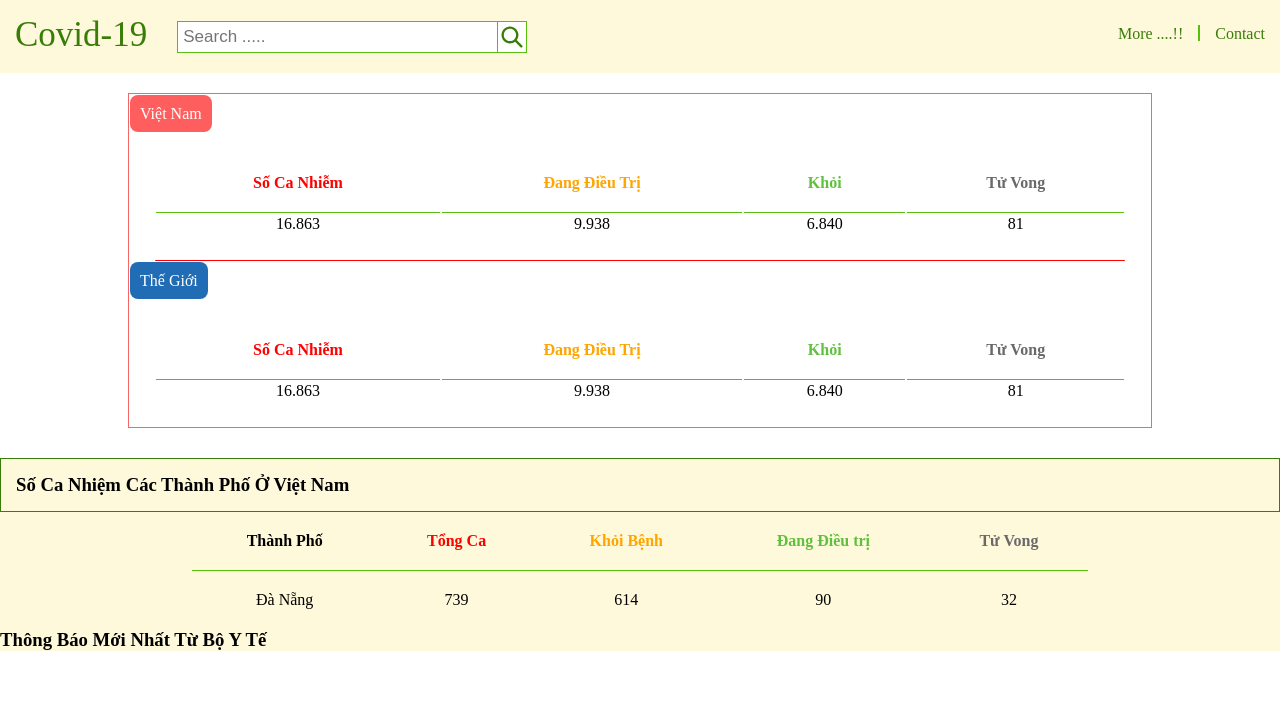
Repository: thuongton98/Covid
Page: html-css-js/index.html
An editor plug-in stored every save of this project. The page is shown before and after the next save, followed by the edit.
The browser window is 1280 px wide. The pictures show the whole page.

Above is the page before, as saved 2021-07-01 10:18:34.

After the next save:
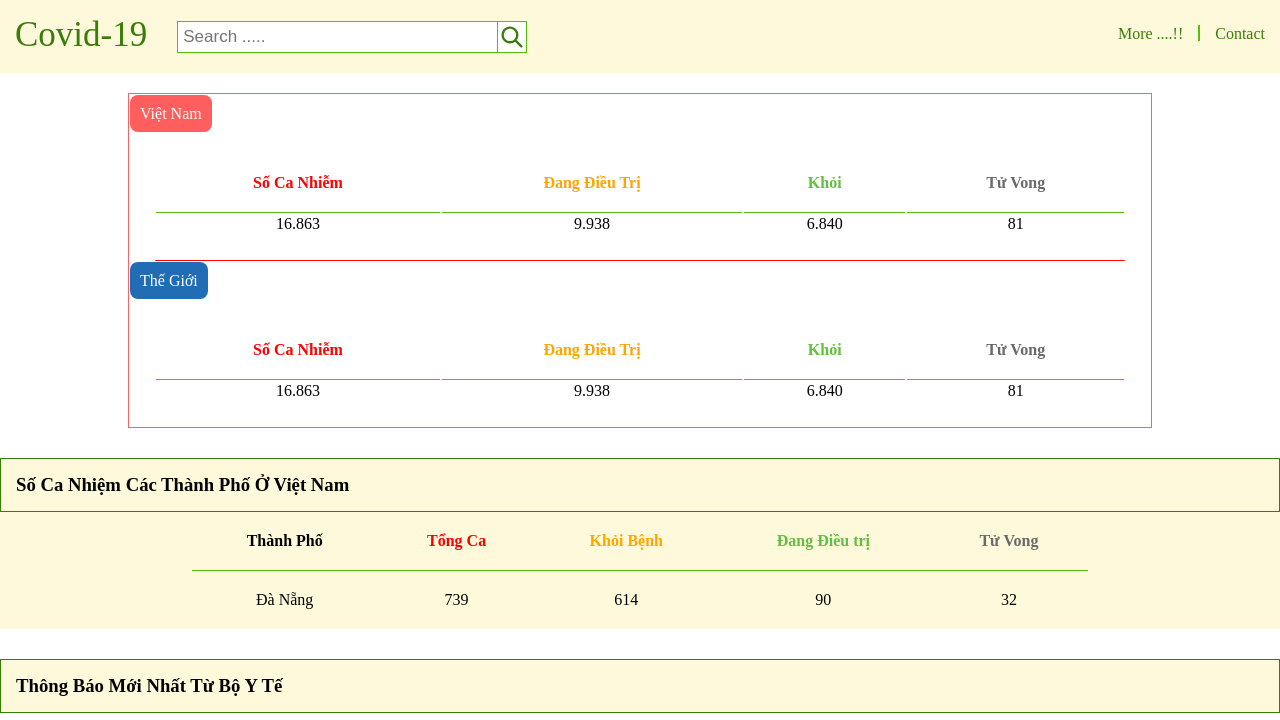
Saved 11 s later.
--- a/html-css-js/styles.css
+++ b/html-css-js/styles.css
@@ -155,7 +155,7 @@
     background-color: #fff9db;
 
 }
-.all-case h3{
+.all-case h3,.alert h3{
     border:1px solid #397d09;
     margin:0;
     padding:15px;

After the save that followed:
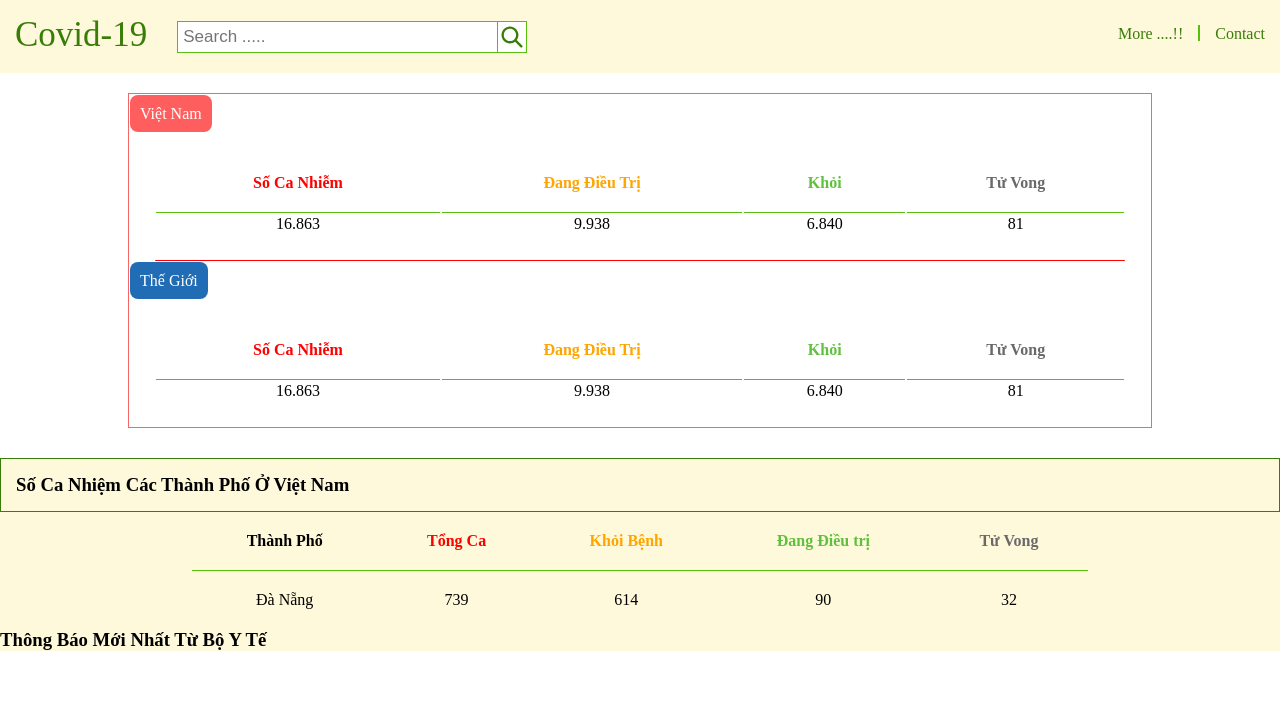
Saved 10 s later.
--- a/html-css-js/styles.css
+++ b/html-css-js/styles.css
@@ -155,7 +155,7 @@
     background-color: #fff9db;
 
 }
-.all-case h3,.alert h3{
+.all-case h3{
     border:1px solid #397d09;
     margin:0;
     padding:15px;
